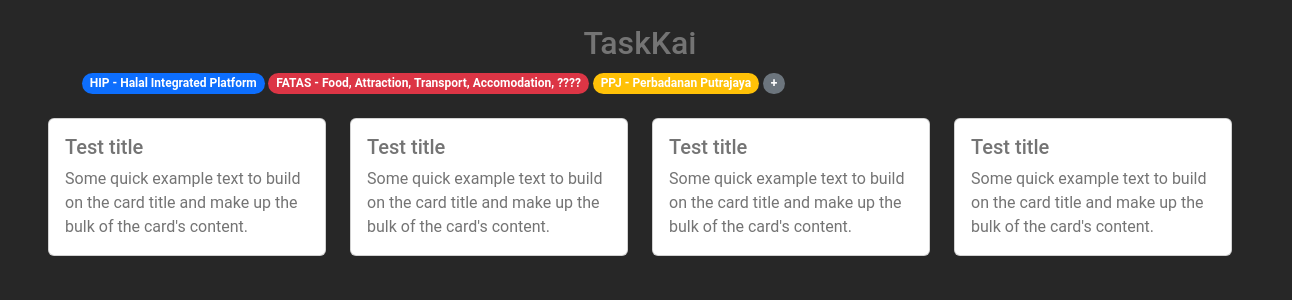
Repository: faizhakimi99/TaskKai
Page: src/views/index.html
These files come from the project's save history. The page is drawn as it stood at one moment and after the next save; the edit follows.
The browser window is 1280 px wide. The page is 1280 px wide, then 1292 px, then 1280 px, so the pictures cover 1292 px, including what lies to the right of the window. The pictures show the whole page.

Above is the page before, as saved 2025-01-27 12:42:45.

After the next save:
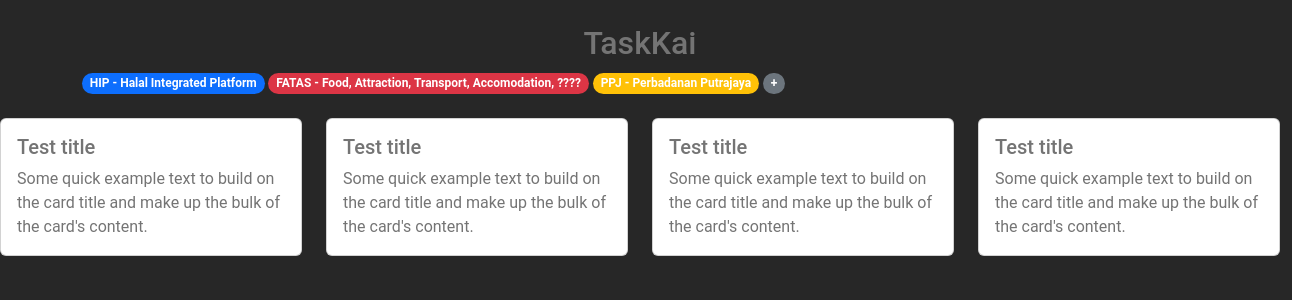
Saved 4 s later.
--- a/src/views/index.html
+++ b/src/views/index.html
@@ -30,7 +30,7 @@
         </div>
     </div>
 
-    <div id="kanban-project" class="mt-4 mx-5">
+    <div id="kanban-project" class="mt-4 mx-6">
         <div class="row">
             <div class="col-lg-3">
                 <div class="card h-100">

After the save that followed:
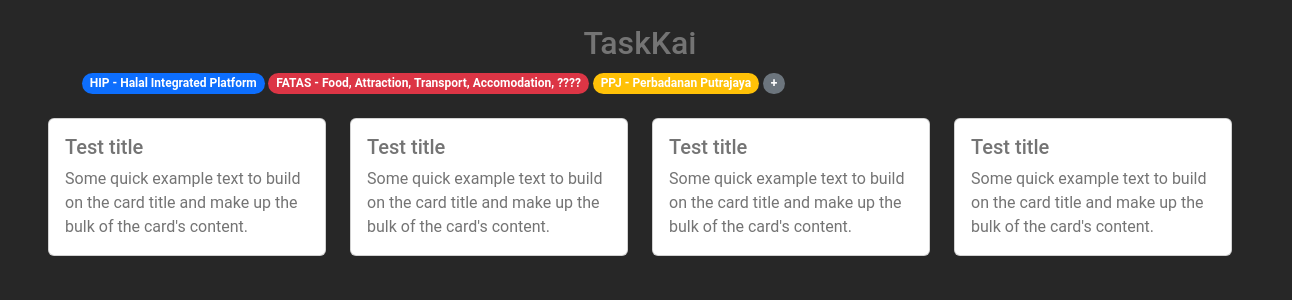
Saved 8 s later.
--- a/src/views/index.html
+++ b/src/views/index.html
@@ -30,7 +30,7 @@
         </div>
     </div>
 
-    <div id="kanban-project" class="mt-4 mx-6">
+    <div id="kanban-project" class="mt-4 mx-5">
         <div class="row">
             <div class="col-lg-3">
                 <div class="card h-100">
